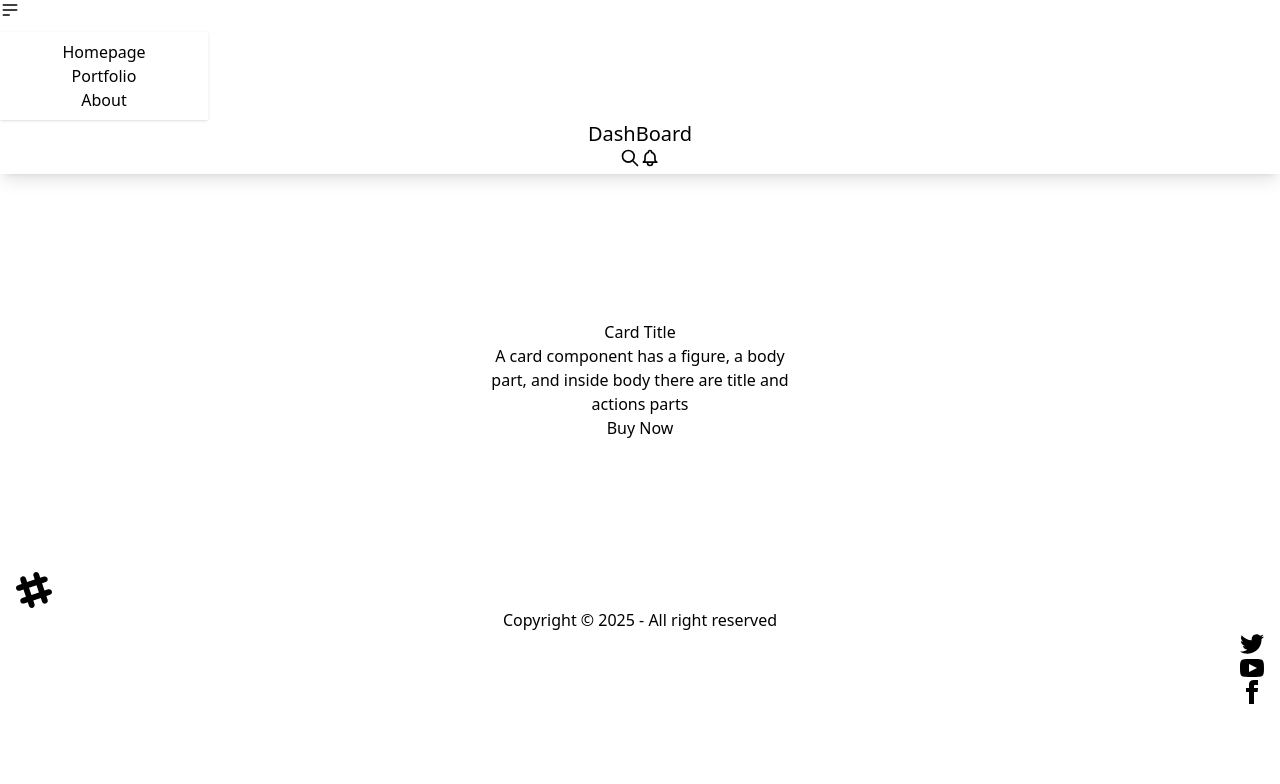
Repository: ROHIT8804/devTinderFrontEnd
Page: /login (app in devTinder-Web/)
An editor plug-in stored every save of this project. The page is shown before and after the next save, followed by the edit.
The browser window is 1280 px wide. The pictures show the whole page.
The project was rebuilt for these pictures with package versions that can differ from the ones it lists, and the page was loaded fresh each time. Also part of the build but not shown: devTinder-Web/vite.config.js, devTinder-Web/src/Profile.jsx.

Above is the page before, as saved 2025-07-26 16:51:11.

After the next save:
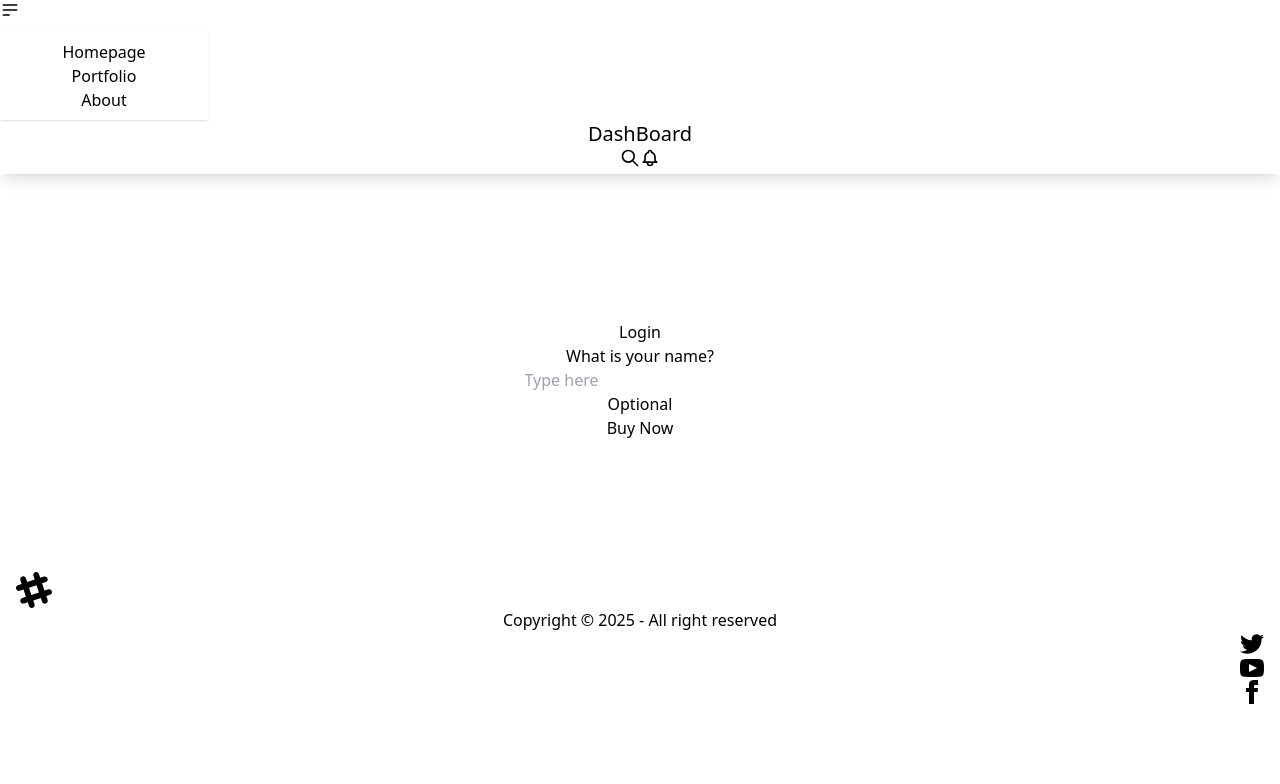
Saved 89 s later.
--- a/devTinder-Web/src/Login.jsx
+++ b/devTinder-Web/src/Login.jsx
@@ -2,11 +2,14 @@ function Login() {
   return (
     <div className="card card-border bg-base-100 w-96">
       <div className="card-body">
-        <h2 className="card-title">Card Title</h2>
-        <p>
-          A card component has a figure, a body part, and inside body there are
-          title and actions parts
-        </p>
+        <h2 className="card-title">Login</h2>
+        <div>
+          <fieldset className="fieldset">
+            <legend className="fieldset-legend">What is your name?</legend>
+            <input type="text" className="input" placeholder="Type here" />
+            <p className="label">Optional</p>
+          </fieldset>
+        </div>
         <div className="card-actions justify-end">
           <button className="btn btn-primary">Buy Now</button>
         </div>
